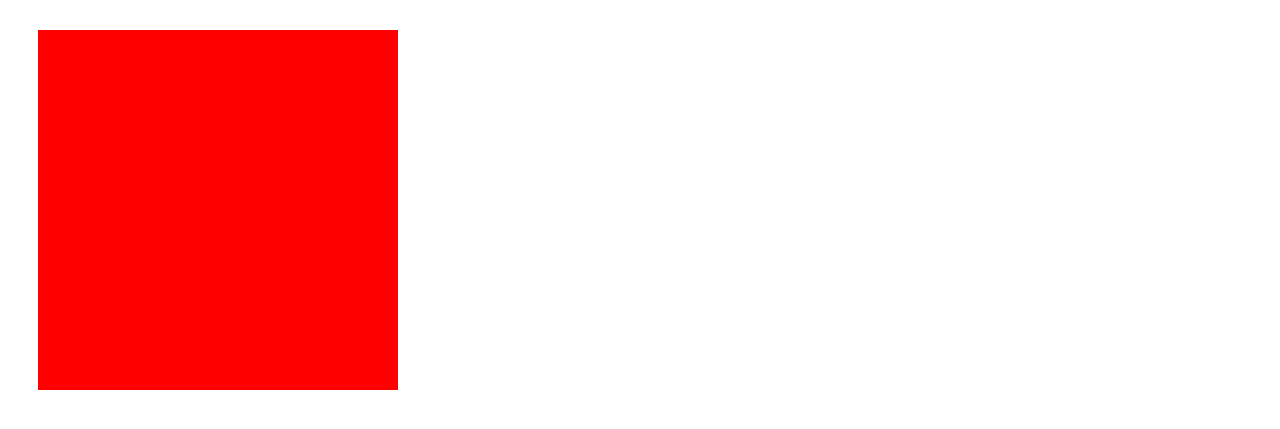
Repository: takuto27/ouyou
Page: box/box.html
The author's editor kept a record of every edit. The page is drawn from the files as they stood at one moment, then again after the next edit.
The browser window is 1280 px wide. The pictures show the whole page.

Above is the page before.

### box/box.html
<!DOCTYPE html>
<html>
  <head>
    <meta charset="UTF-8" />

    <link rel="stylesheet" href="box.css" />
    <title>BOX</title>

 </head>

<body>

  <div class="box1"></div>
</body>
</html>

### box/box.css
.box1 {
 width: 300px;
 height: 300px;
 background-color: red;
 margin: 30px;
 padding: 30px;
}

.box2{
  width: 100px;
  height: 100px;
  background-color: blue;
  border: 5px solid yellow;
}

After the next edit:
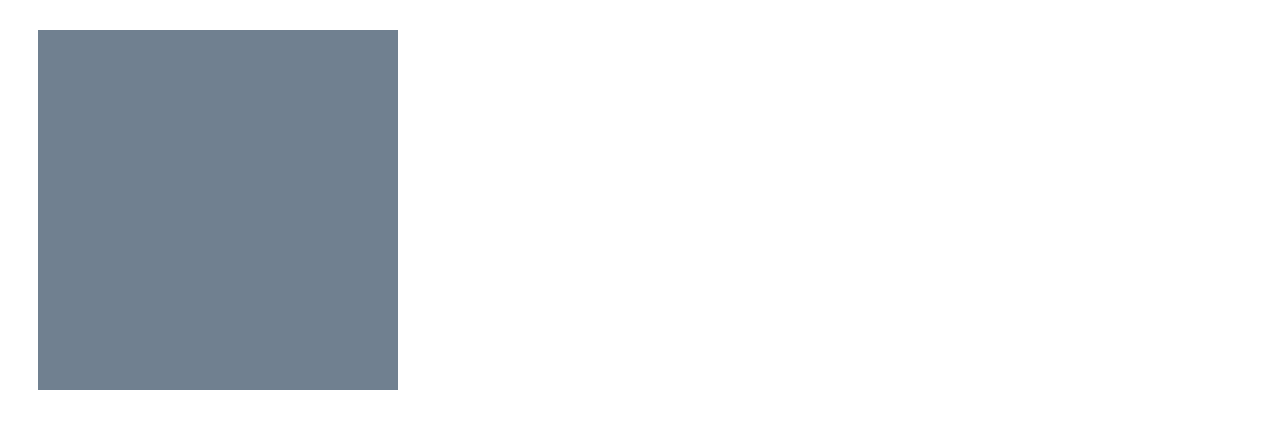
The edit:
--- a/box/box.css
+++ b/box/box.css
@@ -1,7 +1,7 @@
 .box1 {
  width: 300px;
  height: 300px;
- background-color: red;
+ background-color: #708090;
  margin: 30px;
  padding: 30px;
 }
